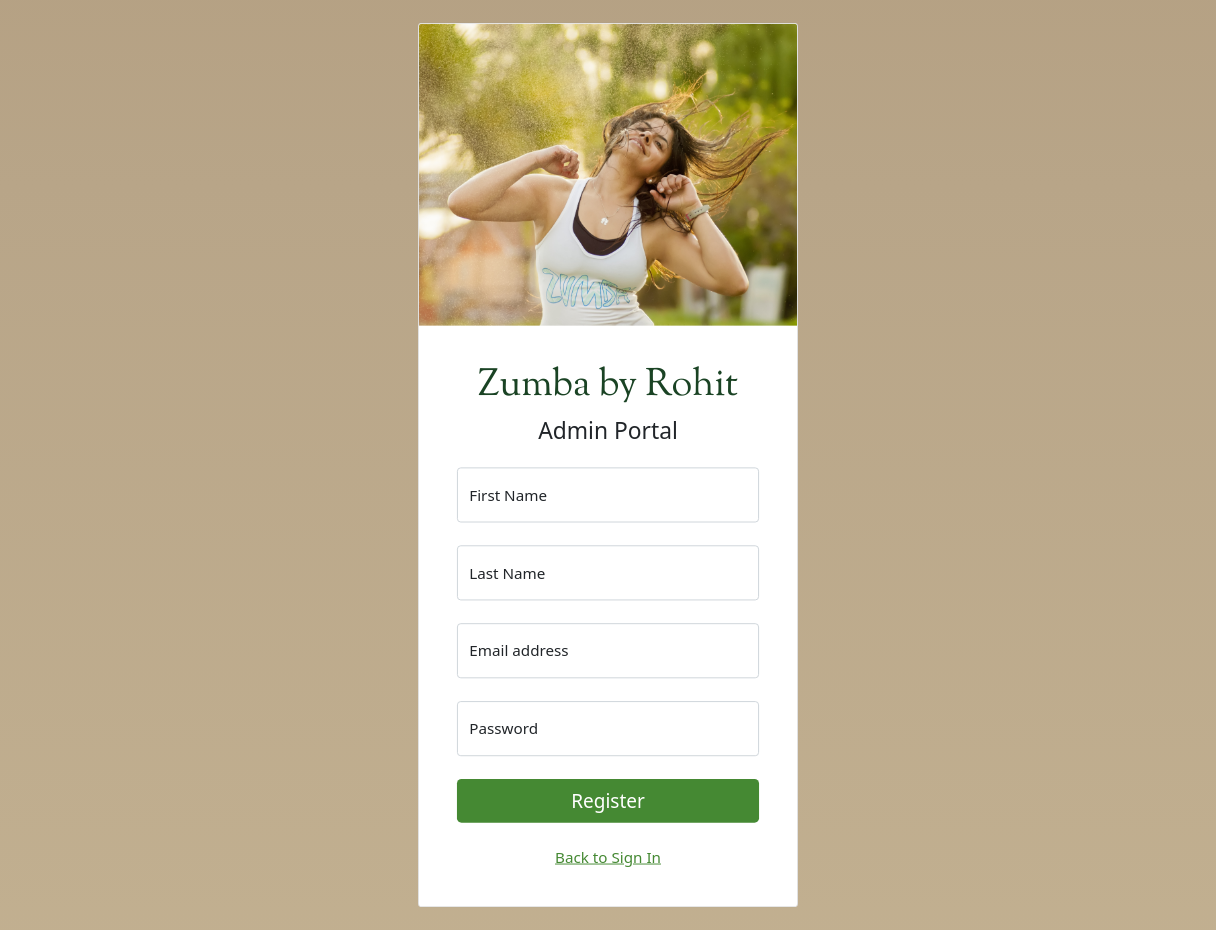
Repository: ronetteguevara/CalTech-ZumbaApp
Page: ZumbaApp/ZumbaApp/src/main/webapp/register.html
These files come from the project's save history. The page is drawn as it stood at one moment and after the next save; the edit follows.
The browser window is 1280 px wide. The pictures show the whole page, at 95% of full size.

Above is the page before, as saved 2024-05-01 02:22:52.

### ZumbaApp/ZumbaApp/src/main/webapp/register.html
<!DOCTYPE html>
<html>
<head>
<meta charset="UTF-8">
<title>Register</title>
<link rel="stylesheet" href="css/bootstrap.css"></link>
<link rel="stylesheet" href="style.css"></link>
</head>
<body>
<body class="gradient-background">
	<div class="my-4 d-flex justify-content-center col-xl-12 col-lg-12 col-md-12 col-sm-12 col-12" data-new-gr-c-s-check-loaded="14.1169.0" data-gr-ext-installed="">
	<main class="form-signin d-flex justify-content-center">
	<form action="Front" method="post">
		<div class="card" style="width: 25rem;">
			<img src="assets/Registration.png" class="card-img-top" alt="...">
		<div class="card-body text-center">
			<h1 class="mt-4 mb-2 fw-normal text-center">Zumba by Rohit</h1>
			<h4 class="mb-4 fw-normal text-center">Admin Portal</h4>
			<div class="form-floating mx-4 my-4">
				<input type="text" name="txtFName" class="form-control input" id="floatingInput" placeholder="John">
				<label for="floatingInput">First Name</label>
			</div>
			<div class="form-floating mx-4 my-4">
				<input type="text" name="txtLName" class="form-control input" id="floatingInput" placeholder="Smith">
				<label for="floatingInput">Last Name</label>
			</div>
			<div class="form-floating mx-4 my-4">
				<input type="email" name="txtEmail" class="form-control input" id="floatingInput" placeholder="name@example.com">
				<label for="floatingInput">Email address</label>
			</div>

			<div class="form-floating mx-4 my-4">
				<input type="password" name="txtPassword" class="form-control input" id="floatingPassword" placeholder="Password">
				<label for="floatingPassword">Password</label>
			</div>

			<div class="form-floating mx-4 my-4">
				<input type="hidden" name="txtType" value="register" id="hidden">
			</div>

			<div class="mx-4 my-4">
			<button class="w-100 btn btn-lg btn-primary button" type="submit">Register</button>
			</div>
			<div class="my-4">
			<a href="index.html">Back to Sign In</a>
			</div>
		</div>
		</div>
    </form>
    </main>
    </div>
</html>

### ZumbaApp/ZumbaApp/src/main/webapp/style.css
@charset "UTF-8";

.button {
  background-color: #458933;
  border: none;
}

.button:hover {
  background-color: #82c360;
}

a {
  color: #458933;
}

a:hover {
 color: #82c360;
}

a:visited {
  color: #1a4324;
}

h1 {
	font-family: Sorts-Mill-Goudy-Regular;
	color: #1a4324;
}

@font-face {
  font-family: "Sorts-Mill-Goudy-Italic";
  src: url(/assets/Fonts/SortsMillGoudy-Italic.ttf);
}

@font-face {
  font-family: "Sorts-Mill-Goudy-Regular";
  src: url(/assets/Fonts/SortsMillGoudy-Regular.ttf);
}

.gradient-background {
  background: linear-gradient(0deg, #f2e5b9, #b8a588, #774c24);
  background-size: 1000% 1000%;

  -webkit-animation: AnimationName 8s ease infinite;
  -moz-animation: AnimationName 8s ease infinite;
  animation: AnimationName 8s ease infinite;
}

@-webkit-keyframes AnimationName {
  0%{background-position:0% 35%}
  50%{background-position:100% 66%}
  100%{background-position:0% 35%}
}
@-moz-keyframes AnimationName {
  0%{background-position:0% 35%}
  50%{background-position:100% 66%}
  100%{background-position:0% 35%}
}
@keyframes AnimationName {
  0%{background-position:0% 35%}
  50%{background-position:100% 66%}
  100%{background-position:0% 35%}

}

Loaded but not shown: ZumbaApp/ZumbaApp/src/main/webapp/css/bootstrap.css (library)

After the next save:
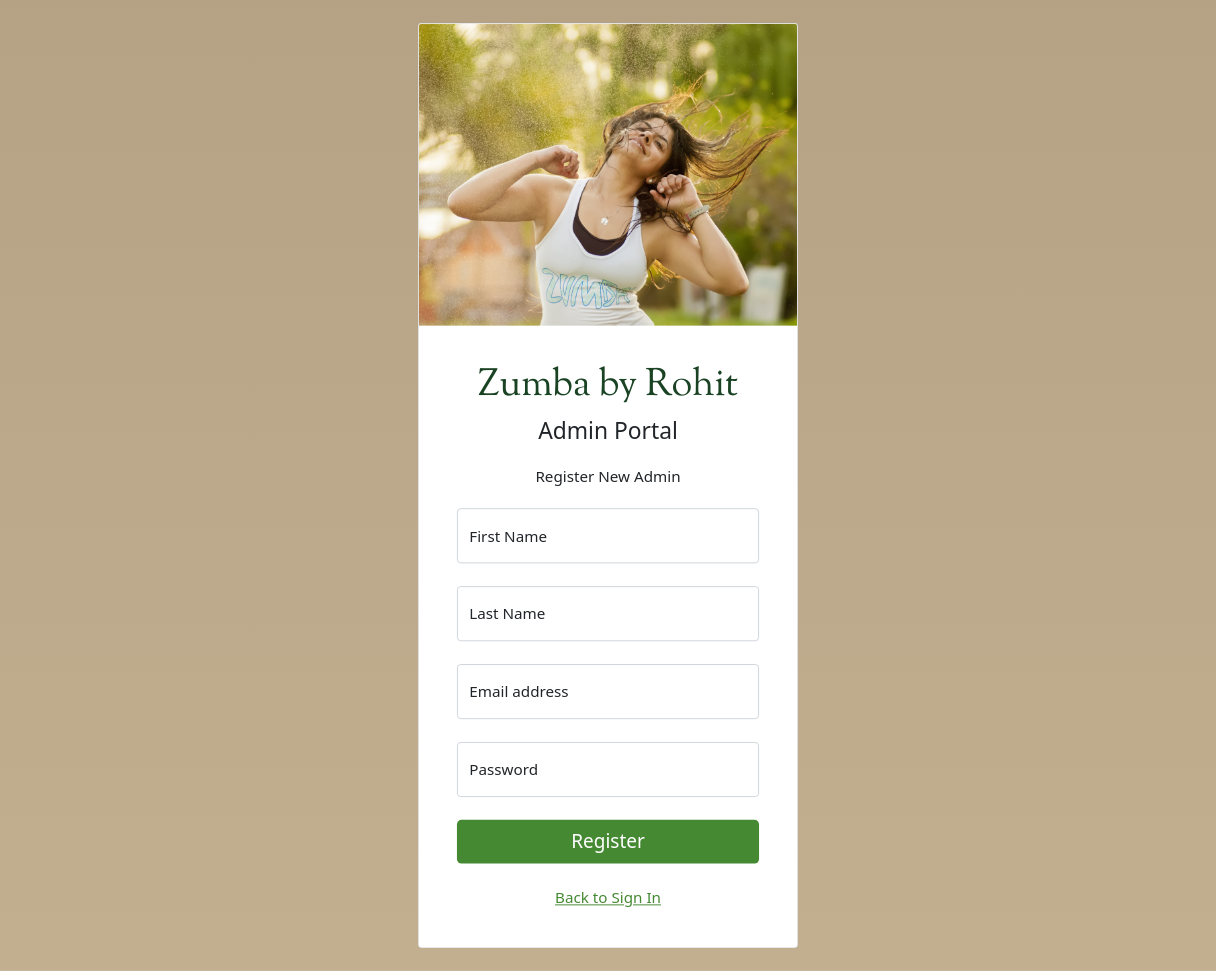
Saved 105 s later.
--- a/ZumbaApp/ZumbaApp/src/main/webapp/register.html
+++ b/ZumbaApp/ZumbaApp/src/main/webapp/register.html
@@ -16,6 +16,7 @@
 		<div class="card-body text-center">
 			<h1 class="mt-4 mb-2 fw-normal text-center">Zumba by Rohit</h1>
 			<h4 class="mb-4 fw-normal text-center">Admin Portal</h4>
+			<h6 class="mb-4 fw-normal text-center">Register New Admin</h6>
 			<div class="form-floating mx-4 my-4">
 				<input type="text" name="txtFName" class="form-control input" id="floatingInput" placeholder="John">
 				<label for="floatingInput">First Name</label>
